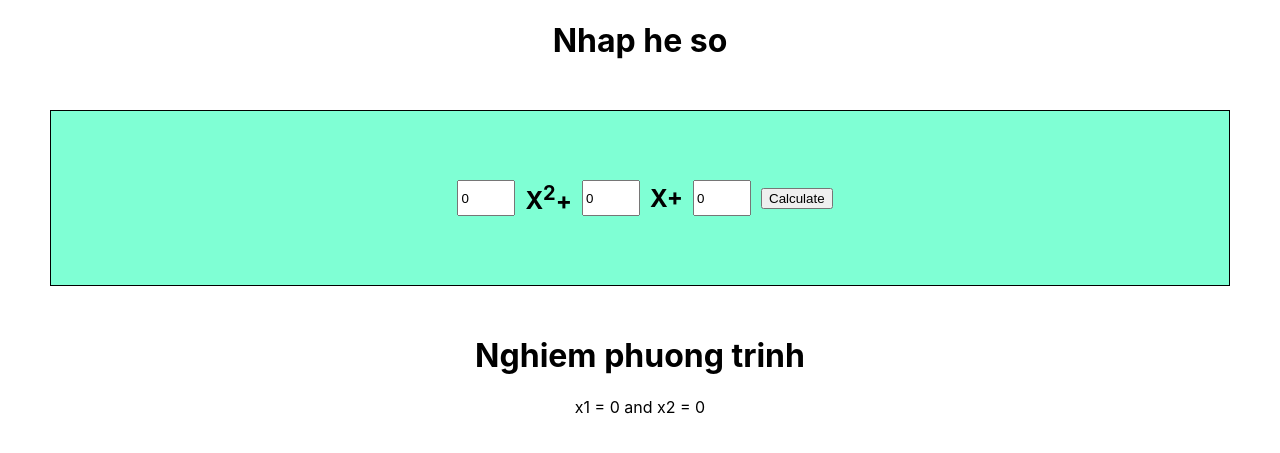
Repository: Trinvm1997/ReactExercise
Page: / (app in quadratic_equation/)
These files come from the project's save history. The page is drawn as it stood at one moment and after the next save; the edit follows.
The browser window is 1280 px wide. The pictures show the whole page.
The project was rebuilt for these pictures with package versions that can differ from the ones it lists, and the page was loaded fresh each time.

Above is the page before, as saved 2020-12-24 10:26:19.

### quadratic_equation/src/App.js
import './App.css';
import React, { Component } from 'react';

class App extends Component {
  constructor(props) {
    super(props);
    this.state = {
      inputA:0,
      inputB:0,
      inputC:0,
      x1:0,
      x2:0

    };
    this.handleChange = this.handleChange.bind(this);
    this.handleSubmit = this.handleSubmit.bind(this);

  }

  handleChange(event) {
    const value = event.target.value;
    const name = event.target.name;
    this.setState({
      [name]: value
    });
  }

  handleSubmit(event) {
    event.preventDefault();
    if(Math.pow(this.state.inputB,2) - 4*this.state.inputA*this.state.inputC < 0){
      this.setState({
          x1: "undefined",
          x2: "undefined"
        });
    }else{
      this.setState({
      x1: (- this.state.inputB + Math.sqrt(Math.pow(this.state.inputB,2) - 4*this.state.inputA*this.state.inputC))/(2*this.state.inputA),
      x2: (- this.state.inputB - Math.sqrt(Math.pow(this.state.inputB,2) - 4*this.state.inputA*this.state.inputC))/(2*this.state.inputA)
    });
  }
}




  render() {
    return (
      <div className="App">
        <h1>Nhap he so</h1>
        <form>
          <input type="number" name="inputA" value={this.state.inputA} onChange={this.handleChange}></input>
          <h2>X<sup>2</sup>+</h2>
          <input type="number" name="inputB" value={this.state.inputB} onChange={this.handleChange}></input>
          <h2>X+</h2>
          <input type="number" name="inputC" value={this.state.inputC} onChange={this.handleChange}></input>
          <button onClick={this.handleSubmit}>Calculate</button>
        </form>
        <h1>Nghiem phuong trinh</h1>
        <p>x1 = {this.state.x1} and x2 = {this.state.x2}</p>
      </div>
    );
  }
}

export default App;

### quadratic_equation/src/App.css
.App {
  text-align: center;
}

.App-logo {
  height: 40vmin;
  pointer-events: none;
}

@media (prefers-reduced-motion: no-preference) {
  .App-logo {
    animation: App-logo-spin infinite 20s linear;
  }
}

.App-header {
  background-color: #282c34;
  min-height: 100vh;
  display: flex;
  flex-direction: column;
  align-items: center;
  justify-content: center;
  font-size: calc(10px + 2vmin);
  color: white;
}

.App-link {
  color: #61dafb;
}

form {
  display: flex;
  justify-content: center;
  border: 1px solid black;
  margin: 50px;
  padding: 50px;
  align-items: center;
  background-color: aquamarine;
}

form input {
  margin-left: 10px;
  margin-right: 10px;
}

input {
  width: 50px;
  height: 30px
}

@keyframes App-logo-spin {
  from {
    transform: rotate(0deg);
  }
  to {
    transform: rotate(360deg);
  }
}

Loaded but not shown: quadratic_equation/public/index.html (common file); quadratic_equation/src/index.js (common file); quadratic_equation/src/index.css (common file); quadratic_equation/src/reportWebVitals.js (common file)

After the next save:
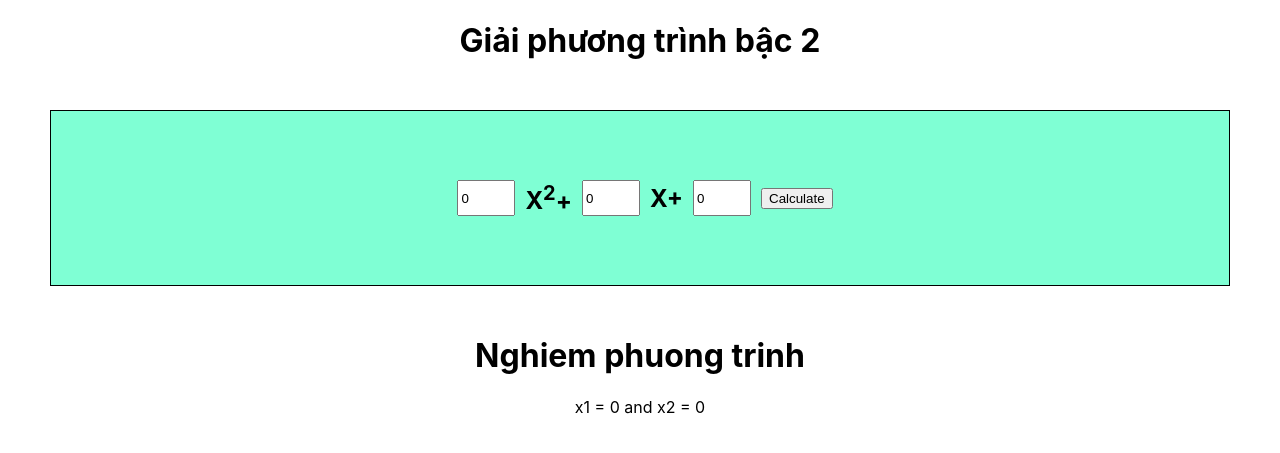
Saved 4 min 6 s later.
--- a/quadratic_equation/src/App.js
+++ b/quadratic_equation/src/App.js
@@ -40,15 +40,12 @@ class App extends Component {
   }
 }
 
-
-
-
   render() {
     return (
       <div className="App">
-        <h1>Nhap he so</h1>
+        <h1>Giải phương trình bậc 2 </h1>
         <form>
-          <input type="number" name="inputA" value={this.state.inputA} onChange={this.handleChange}></input>
+          <input type="number" name="inputA" value={this.state.inputA} onChange={this.handleChange} min="0"></input>
           <h2>X<sup>2</sup>+</h2>
           <input type="number" name="inputB" value={this.state.inputB} onChange={this.handleChange}></input>
           <h2>X+</h2>
